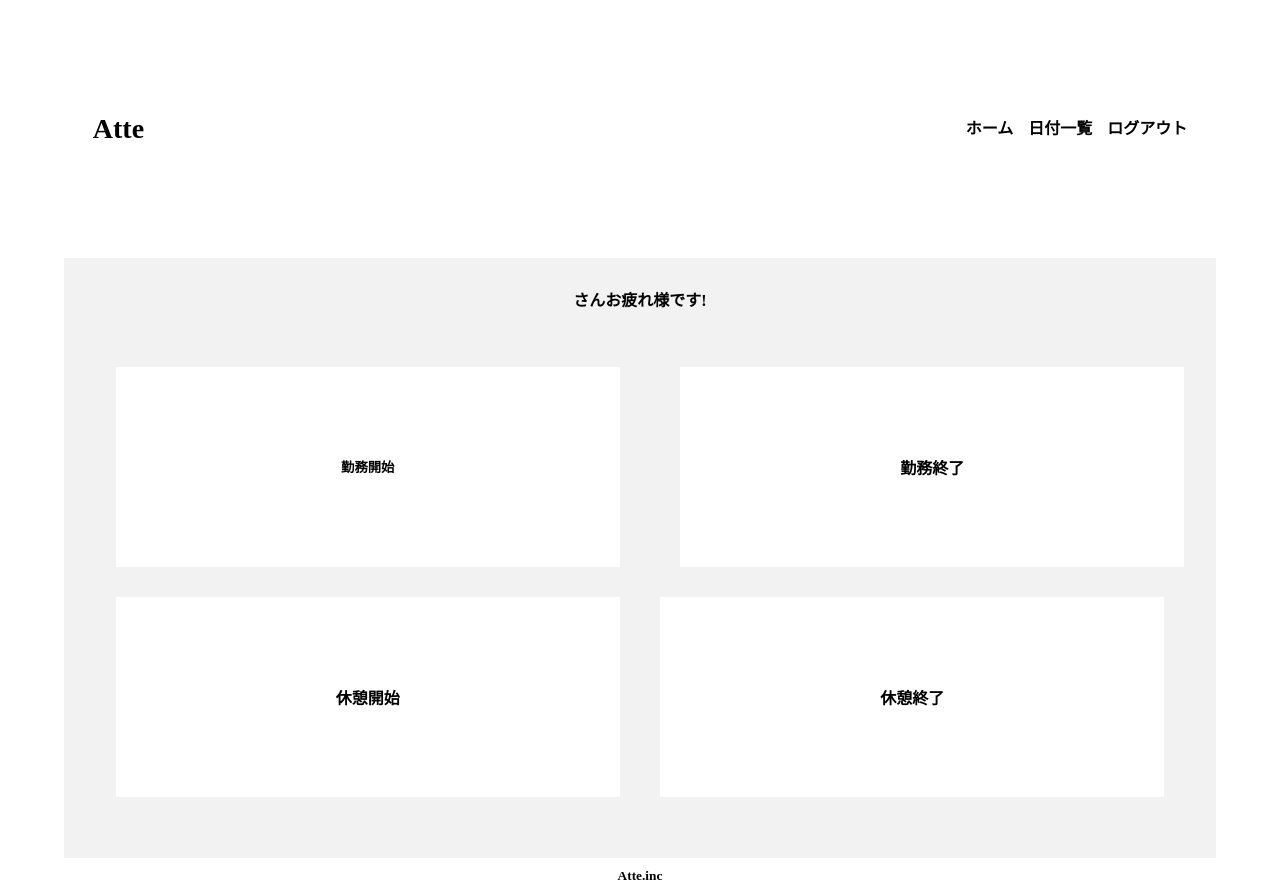
Repository: akihirofukyama/advanceapp_Nuxt
Page: /stamp
These files come from the project's save history. The page is drawn as it stood at one moment and after a run of saves; the edit follows.
The browser window is 1280 px wide. The pictures show the whole page.
The project was rebuilt for these pictures with package versions that can differ from the ones it lists, and the page was loaded fresh each time. The framework's server and built-in components were replaced by stand-ins that run in the browser. Also part of the build but not shown: nuxt.config.js, components/NuxtLogo.vue, components/Tutorial.vue. Imported but missing from the stored project, and not drawn on this page: pages/component/Panel01.vue, pages/component/Panel02.vue, pages/component/Panel03.vue.

Above is the page before, as saved 2022-02-11 18:39:24.

After the next 2 saves:
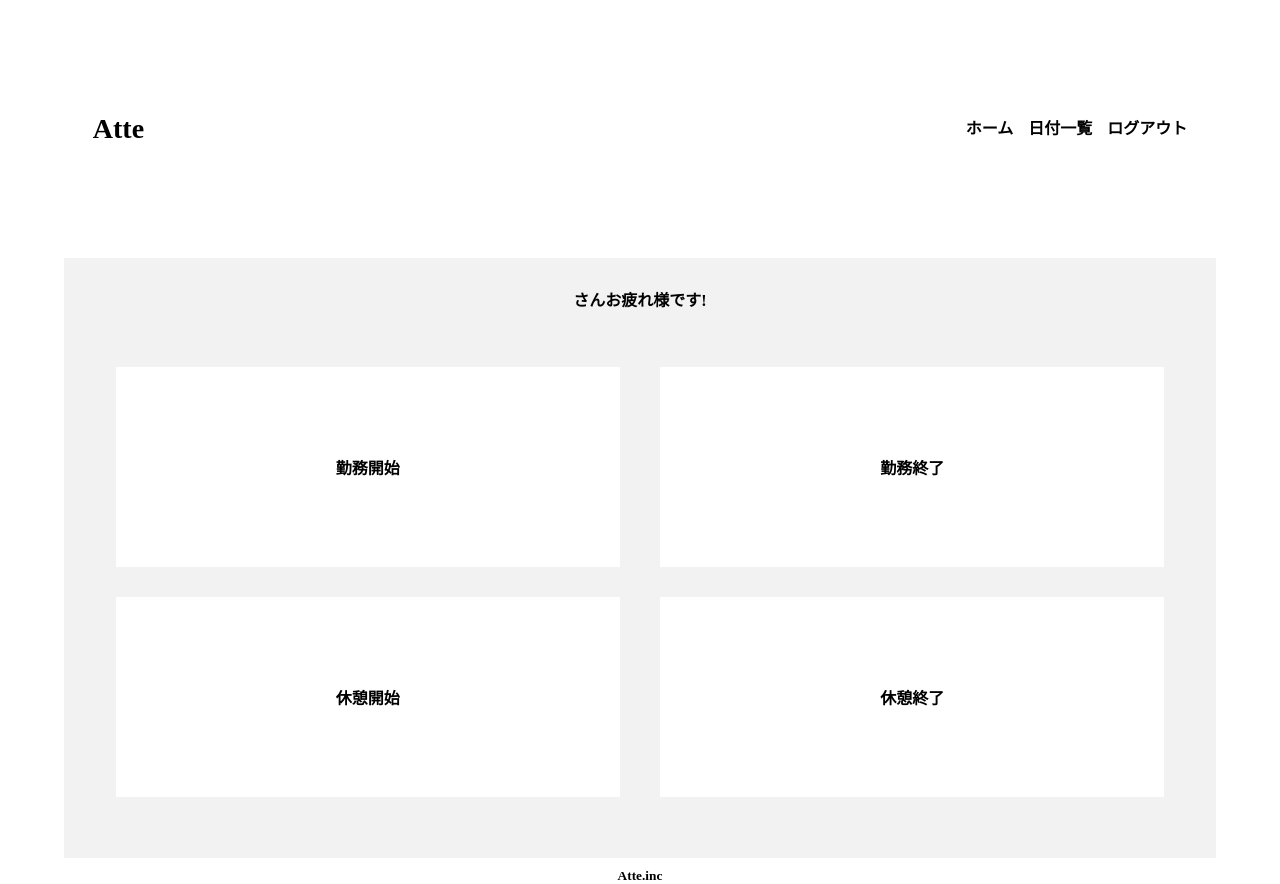
The 2 saves are shown as one change because they came seconds apart.
The last was saved 15 s later.
--- a/pages/stamp.vue
+++ b/pages/stamp.vue
@@ -13,7 +13,7 @@
       <h2 class="h2">さんお疲れ様です!</h2>
         <div class="form_contents">
           <div class="form_content">
-          <button class="button-add"  @click="clickStart(1)"  :class="{ 'button-disabled': startDisabled }"  :disabled="startDisabled1">勤務開始</button>
+          <input class="button-add" type="button" value="勤務開始" @click="clickStart(1)"  :class="{ 'button-disabled': startDisabled }"  :disabled="startDisabled1">
           <input class="button-add" type="button" value="勤務終了" @click="clickStart(2)" :class="{ 'button-disabled': startDisabled }" :disabled="startDisabled2">
           </div>
           <div class="form_content">
